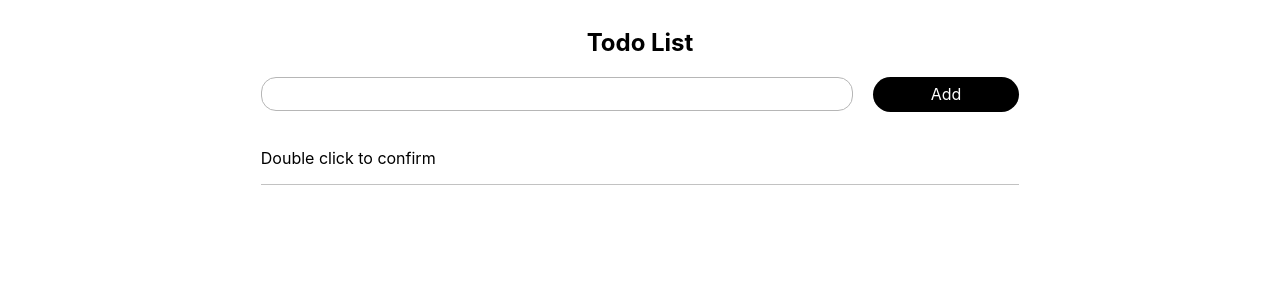
Repository: irenewuu/comp4130_checklist
Page: index.html
An editor plug-in stored every save of this project. The page is shown before and after the next save, followed by the edit.
The browser window is 1280 px wide. The pictures show the whole page.

Above is the page before, as saved 2022-01-12 15:26:15.

After the next save:
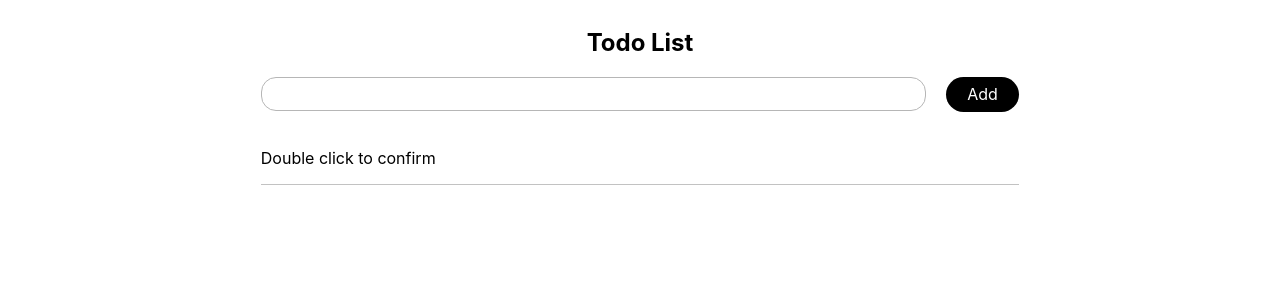
Saved 16 s later.
--- a/style.css
+++ b/style.css
@@ -22,13 +22,13 @@ form > span {
   justify-content: center;
 }
 .text {
-  width: 80%;
+  width: 90%;
   height: 30px;
   border-radius: 15px;
   border: 1px solid rgb(182, 182, 182);
 }
 .btn {
-  width: 20%;
+  width: 10%;
   height: 35px;
   border-radius: 20px;
   margin-left: 20px;
